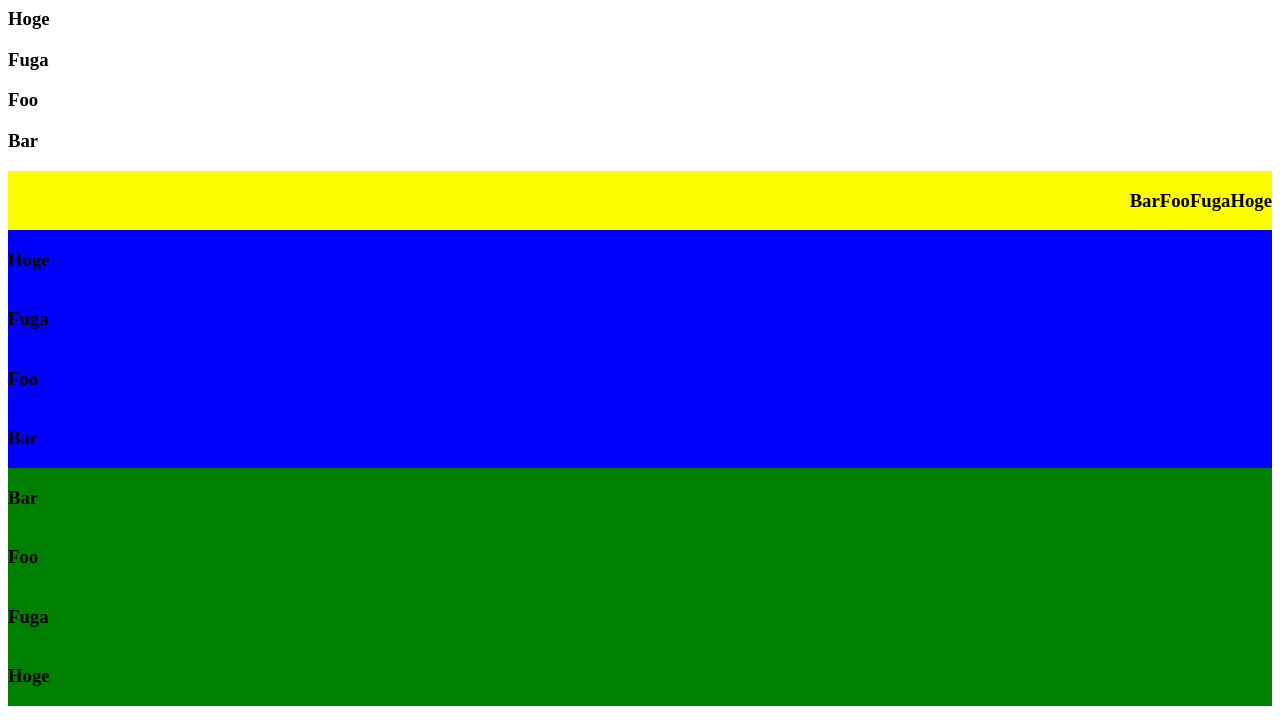
Repository: TakashiYamaguchi2021/samurai_HTML-CSS
Page: flexbox.html
The author's editor kept a record of every edit. The page is drawn from the files as they stood at one moment, then again after the next edit.
The browser window is 1280 px wide. The pictures show the whole page.

Above is the page before.

### flexbox.html
<html lang="ja">
    <head>
        <style>
            #no-wrap {
                display: flex;
                flex-wrap: wrap;
                background-color: red;
            }
            #reverse {
                display: flex;
                flex-direction: row-reverse;
                background-color: yellow;
            }
            #column {
                display: flex;
                flex-direction: column;
                background-color: blue;
            }
            #column-reverse {
                display: flex;
                flex-direction: column-reverse;
                background-color: green;
            }
        </style>
    </head>
    <body>
        <div id="sort">
            <h3>Hoge</h3>
            <h3>Fuga</h3>
            <h3>Foo</h3>
            <h3>Bar</h3>
        </div>
        <div id="reverse">
            <h3>Hoge</h3>
            <h3>Fuga</h3>
            <h3>Foo</h3>
            <h3>Bar</h3>
        </div>
        <div id="column">
            <h3>Hoge</h3>
            <h3>Fuga</h3>
            <h3>Foo</h3>
            <h3>Bar</h3>
        <div id="column-reverse">
            <h3>Hoge</h3>
            <h3>Fuga</h3>
            <h3>Foo</h3>
            <h3>Bar</h3>
        </div>
    </body>
</html>

After the next edit:
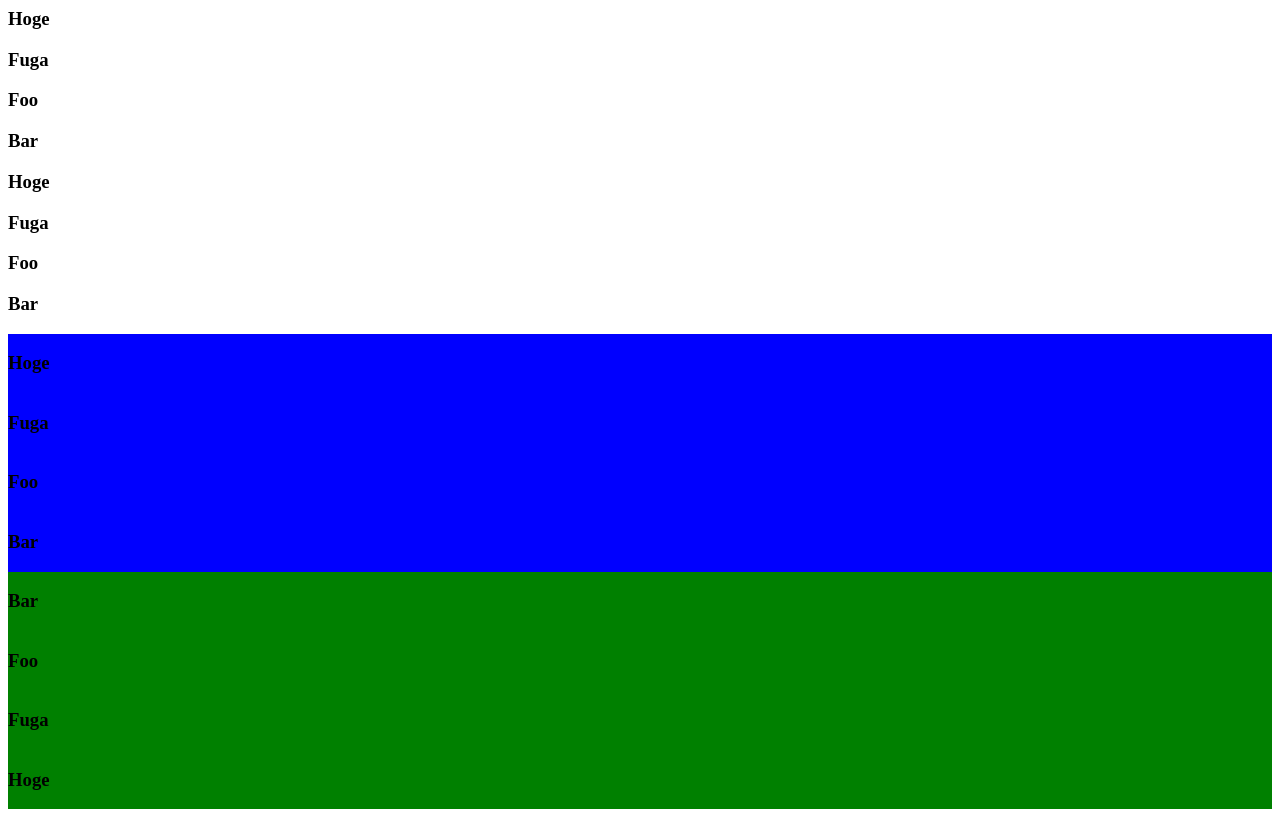
The edit:
--- a/flexbox.html
+++ b/flexbox.html
@@ -6,7 +6,7 @@
                 flex-wrap: wrap;
                 background-color: red;
             }
-            #reverse {
+            #wrap {
                 display: flex;
                 flex-direction: row-reverse;
                 background-color: yellow;
